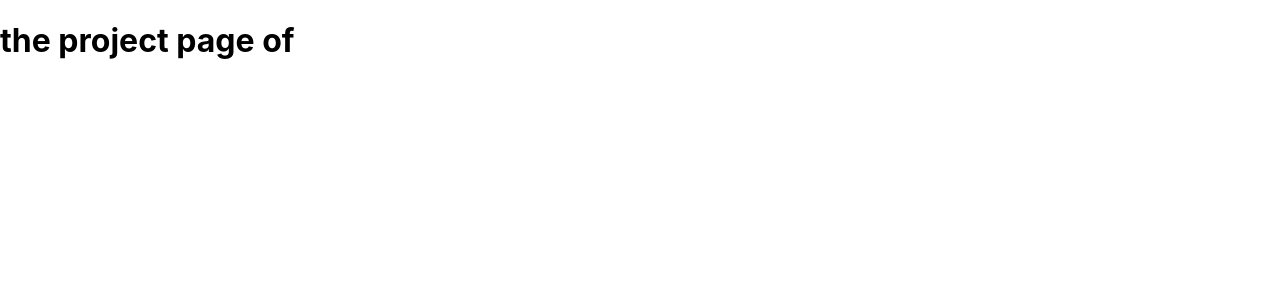
Repository: akdlsz21/nextjs-file-routing-practice
Page: /portfolio/akdlsz21
An editor plug-in stored every save of this project. The page is shown before and after the next save, followed by the edit.
The browser window is 1280 px wide. The pictures show the whole page.
The project was rebuilt for these pictures with package versions that can differ from the ones it lists, and the page was loaded fresh each time. The framework's server and built-in components were replaced by stand-ins that run in the browser. Also part of the build but not shown: next.config.js.

Above is the page before, as saved 2022-06-23 18:53:34.

### pages/portfolio/[projectid].js
import { useRouter } from 'next/router';

function PortfolioProjectPage() {
	const router = useRouter();

	console.log(router.pathname);
	console.log(router.query);

	return (
		<div>
			<h1>the project page of </h1>
		</div>
	);
}

export default PortfolioProjectPage;

Loaded but not shown: pages/_app.js (common file); styles/globals.css (common file)

After the next save:
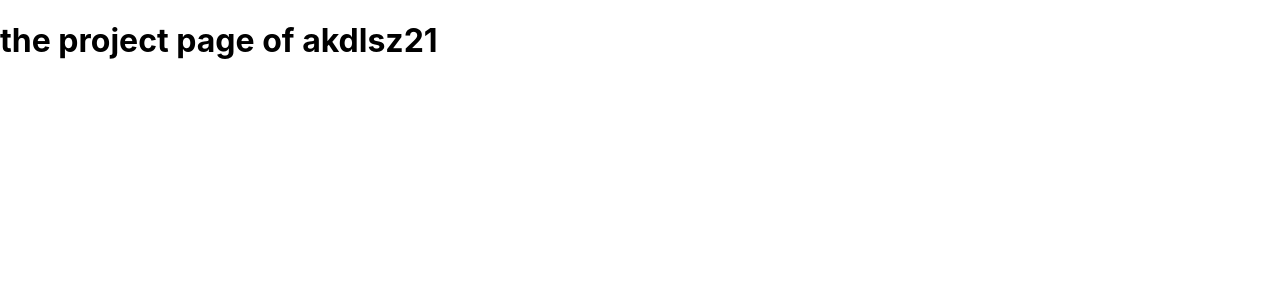
Saved 27 s later.
--- a/pages/portfolio/[projectid].js
+++ b/pages/portfolio/[projectid].js
@@ -8,7 +8,7 @@ function PortfolioProjectPage() {
 
 	return (
 		<div>
-			<h1>the project page of </h1>
+			<h1>the project page of {router.query.projectid}</h1>
 		</div>
 	);
 }
